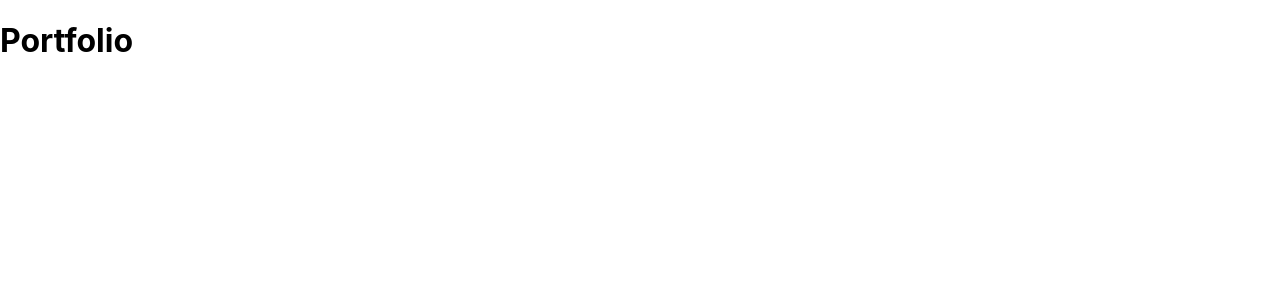
Repository: Hrishabhsinghai/Portfolio
Page: /
These files come from the project's save history. The page is drawn as it stood at one moment and after a run of saves; the edit follows.
The browser window is 1280 px wide. The pictures show the whole page.
The project was rebuilt for these pictures with package versions that can differ from the ones it lists, and the page was loaded fresh each time. Also part of the build but not shown: src/components/NavbarStyles.css, src/routes/About.js, src/routes/Project.js, src/routes/Contact.js.

Above is the page before, as saved 2023-12-28 15:03:39.

After the next 2 saves:
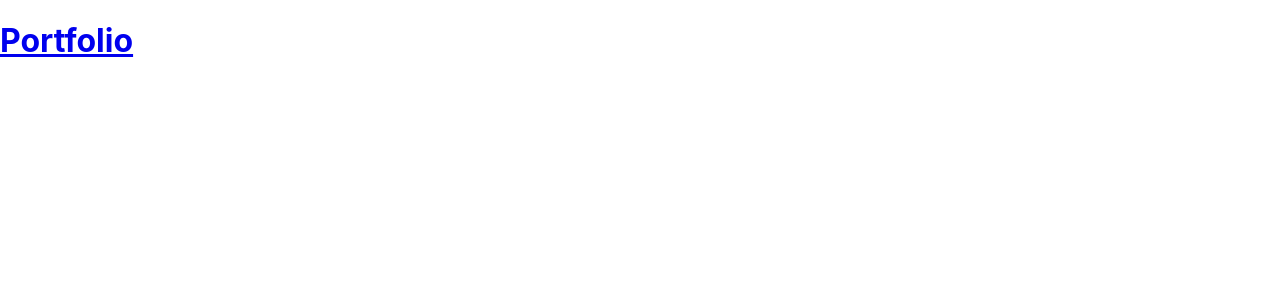
The 2 saves are shown as one change because 1 did not build or start.
The last was saved 78 s later.
--- a/src/components/Navbar.js
+++ b/src/components/Navbar.js
@@ -6,7 +6,10 @@ import React from "react";
 const Navbar = () => {
   return (
     <div className="header">
-      <Link to="/"> </Link> <h1> Portfolio </h1>{" "}
+      <Link to="/">
+        {" "}
+        <h1> Portfolio </h1>{" "}
+      </Link>
     </div>
   );
 };
